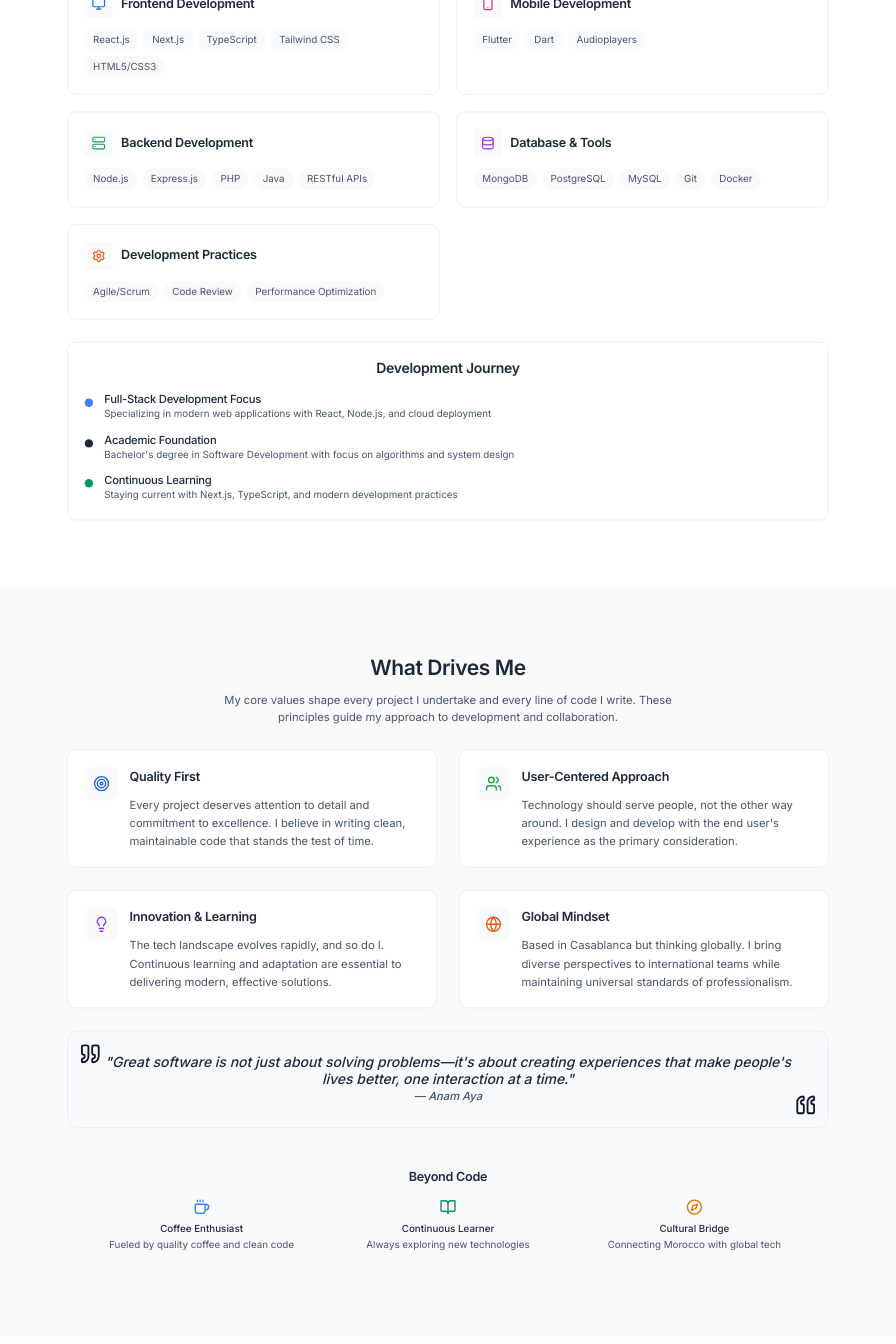
Repository: ayaaas/portflio_aya
Page: /about-me-personal-narrative
An editor plug-in stored every save of this project. The page is shown before and after a run of saves, followed by the edit.
The browser window is 1280 px wide. The pictures show the part of the page from y = 1898 to 3818 px (the page is 4280 px tall before and 4318 px after), at 70% of full size.
The project was rebuilt for these pictures with package versions that can differ from the ones it lists, and the page was loaded fresh each time. Also part of the build but not shown: vite.config.mjs, src/components/ErrorBoundary.jsx, src/pages/hero-section-developer-portfolio/components/ProfileImage.jsx, src/pages/hero-section-developer-portfolio/components/AnimatedText.jsx, src/pages/hero-section-developer-portfolio/components/HeroContent.jsx, src/pages/hero-section-developer-portfolio/components/BackgroundPattern.jsx, src/pages/hero-section-developer-portfolio/components/ScrollIndicator.jsx, src/pages/hero-section-developer-portfolio/index.jsx and 23 more.

Above is the page before, as saved 2025-07-18 23:39:34.

### index.html
<!doctype html>
<html lang="en">

<head>
  <meta charset="utf-8" />
  <title>anam-aya-portfolio</title>
  <meta name="viewport" content="width=device-width, initial-scale=1.0" />
  <meta name="theme-color" content="#000000" />
  <meta name="description" content="Web site created using create-react-app" />
  <link rel="icon" href="/favicon.ico" />
  <link rel="manifest" href="/manifest.json" />
<script type="module" src="https://static.rocket.new/rocket-web.js?_cfg=https%3A%2F%2Fanamayap2173back.builtwithrocket.new&_be=https%3A%2F%2Fapplication.rocket.new&_v=0.1.6"></script>
</head>

<body>
  <noscript>You need to enable JavaScript to run this app.</noscript>
  <div class="dhiwise-code" id="root"></div>
  <script type="module" src="/src/index.jsx"></script>
</body>

</html>

### src/Routes.jsx
import React from "react";
import { BrowserRouter, Routes as RouterRoutes, Route } from "react-router-dom";
import ScrollToTop from "components/ScrollToTop";
import ErrorBoundary from "components/ErrorBoundary";
// Add your imports here
import HeroSectionDeveloperPortfolio from "pages/hero-section-developer-portfolio";
import AboutMePersonalNarrative from "pages/about-me-personal-narrative";
import ToolsProfessionalWorkflowDisplay from "pages/tools-professional-workflow-display";
import ContactCommunicationPortal from "pages/contact-communication-portal";
import TechnologiesInteractiveStackShowcase from "pages/technologies-interactive-stack-showcase";
import ProjectsCuratedCaseStudies from "pages/projects-curated-case-studies";
import NotFound from "pages/NotFound";

const Routes = () => {
  return (
    <BrowserRouter>
      <ErrorBoundary>
      <ScrollToTop />
      <RouterRoutes>
        {/* Define your routes here */}
        <Route path="/" element={<HeroSectionDeveloperPortfolio />} />
        <Route path="/hero-section-developer-portfolio" element={<HeroSectionDeveloperPortfolio />} />
        <Route path="/about-me-personal-narrative" element={<AboutMePersonalNarrative />} />
        <Route path="/tools-professional-workflow-display" element={<ToolsProfessionalWorkflowDisplay />} />
        <Route path="/contact-communication-portal" element={<ContactCommunicationPortal />} />
        <Route path="/technologies-interactive-stack-showcase" element={<TechnologiesInteractiveStackShowcase />} />
        <Route path="/projects-curated-case-studies" element={<ProjectsCuratedCaseStudies />} />
        <Route path="*" element={<NotFound />} />
      </RouterRoutes>
      </ErrorBoundary>
    </BrowserRouter>
  );
};

export default Routes;

### src/pages/about-me-personal-narrative/components/ProfileImage.jsx
import React from 'react';
import Image from '../../../components/AppImage';

const ProfileImage = () => {
  return (
    <div className="relative">
      <div className="relative overflow-hidden rounded-2xl shadow-lg hover-lift">
        <Image
          src="https://images.unsplash.com/photo-1507003211169-0a1dd7228f2d?w=500&h=600&fit=crop&crop=face"
          alt="Anam Aya - Full Stack Developer in his development environment"
          className="w-full h-[500px] object-cover"
        />
        <div className="absolute inset-0 bg-gradient-to-t from-black/20 to-transparent"></div>
      </div>

      {/* Floating Badge */}
      <div className="absolute -bottom-4 -right-4 bg-accent text-accent-foreground px-4 py-2 rounded-full shadow-lg">
        <span className="text-sm font-medium">Available for Projects</span>
      </div>

      {/* Decorative Elements */}
      <div className="absolute -top-4 -left-4 w-8 h-8 bg-primary/10 rounded-full"></div>
      <div className="absolute top-8 -right-2 w-4 h-4 bg-accent/20 rounded-full"></div>
    </div>
  );
};

export default ProfileImage;

### src/pages/about-me-personal-narrative/components/PersonalStory.jsx
import React from 'react';
import Icon from '../../../components/AppIcon';

const PersonalStory = () => {
  const highlights = [
    {
      icon: 'GraduationCap',
      title: 'Educational Foundation',
      description: 'Bachelor\'s degree in Software Development'
    },
    {
      icon: 'MapPin',
      title: 'Global Perspective',
      description: 'Casablanca-based, internationally minded'
    },
    {
      icon: 'Code2',
      title: 'Multi-Stack Expertise',
      description: 'MERN, PERN, Java, PHP proficiency'
    },
    {
      icon: 'TrendingUp',
      title: 'Continuous Learning',
      description: 'Modern frameworks: Next.js, TypeScript'
    }
  ];

  return (
    <div className="space-y-8">
      {/* Introduction */}
      <div className="space-y-6">
        <div className="space-y-4">
          <h2 className="text-3xl lg:text-4xl font-bold text-primary">
            Building Digital Experiences That Matter
          </h2>
          <p className="text-lg text-text-secondary leading-relaxed">
            Hi, I'm Anam Aya, a passionate full-stack developer based in Casablanca, Morocco.
            My journey in software development began with a fascination for how technology can
            solve real-world problems and create meaningful user experiences.
          </p>
        </div>

        <div className="space-y-4">
          <p className="text-text-secondary leading-relaxed">
            With a Bachelor's degree in Software Development as my foundation, I've dedicated
            myself to mastering the art of creating scalable, efficient applications. My approach
            combines technical excellence with user-centered design thinking, ensuring that every
            project I work on delivers both robust functionality and intuitive experiences.
          </p>

          <p className="text-text-secondary leading-relaxed">
            What sets me apart is my unique perspective as a developer bridging emerging markets
            with global technology standards. Based in Casablanca, I bring fresh insights to
            international teams while maintaining the highest standards of code quality and
            professional practices.
          </p>
        </div>
      </div>

      {/* Key Highlights */}
      <div className="grid grid-cols-1 md:grid-cols-2 gap-6">
        {highlights.map((highlight, index) => (
          <div
            key={index}
            className="flex items-start space-x-4 p-4 rounded-lg bg-surface hover:bg-muted transition-all-300 hover-lift"
          >
            <div className="flex-shrink-0 w-12 h-12 bg-accent/10 rounded-lg flex items-center justify-center">
              <Icon name={highlight.icon} size={24} className="text-accent" />
            </div>
            <div className="space-y-1">
              <h3 className="font-semibold text-primary">{highlight.title}</h3>
              <p className="text-sm text-text-secondary">{highlight.description}</p>
            </div>
          </div>
        ))}
      </div>

      {/* Philosophy */}
      <div className="bg-gradient-to-r from-accent/5 to-primary/5 rounded-xl p-6 border border-accent/10">
        <h3 className="text-xl font-semibold text-primary mb-4">My Development Philosophy</h3>
        <div className="space-y-3">
          <p className="text-text-secondary leading-relaxed">
            I believe that great software is born from the intersection of clean code, thoughtful
            architecture, and deep understanding of user needs. Every line of code I write is
            guided by principles of maintainability, scalability, and performance.
          </p>
          <p className="text-text-secondary leading-relaxed">
            My commitment to continuous learning keeps me at the forefront of modern development
            practices. Whether it's adopting Next.js for better performance, implementing TypeScript
            for type safety, or exploring new architectural patterns, I'm always evolving my craft.
          </p>
        </div>
      </div>

      {/* Call to Action */}
      <div className="flex flex-col sm:flex-row gap-4 pt-4">
        <div className="flex items-center space-x-2 text-text-secondary">
          <Icon name="Mail" size={18} className="text-accent" />
          <span className="text-sm">ayaaname0@gmail.com</span>
        </div>
        <div className="flex items-center space-x-2 text-text-secondary">
          <Icon name="MapPin" size={18} className="text-accent" />
          <span className="text-sm">Casablanca, Morocco</span>
        </div>
        <div className="flex items-center space-x-2 text-text-secondary">
          <Icon name="Clock" size={18} className="text-accent" />
          <span className="text-sm">GMT+1 Timezone</span>
        </div>
      </div>
    </div>
  );
};

export default PersonalStory;

### src/pages/about-me-personal-narrative/components/SkillsOverview.jsx
import React from 'react';
import Icon from '../../../components/AppIcon';

const SkillsOverview = () => {
  const skillCategories = [
  {
    category: 'Frontend Development',
    icon: 'Monitor',
    skills: ['React.js', 'Next.js', 'TypeScript', 'Tailwind CSS', 'HTML5/CSS3'],
    color: 'text-blue-600'
  },
  {
    category: 'Mobile Development',
    icon: 'Smartphone',
    skills: ['Flutter', 'Dart', 'Audioplayers'],
    color: 'text-pink-600'
  },
  {
    category: 'Backend Development',
    icon: 'Server',
    skills: ['Node.js', 'Express.js', 'PHP', 'Java', 'RESTful APIs'],
    color: 'text-green-600'
  },
  {
    category: 'Database & Tools',
    icon: 'Database',
    skills: ['MongoDB', 'PostgreSQL', 'MySQL', 'Git', 'Docker'],
    color: 'text-purple-600'
  },
  {
    category: 'Development Practices',
    icon: 'Settings',
    skills: ['Agile/Scrum', 'Code Review', 'Performance Optimization'],
    color: 'text-orange-600'
  }
];


  return (
    <div className="space-y-8">
      <div className="text-center space-y-4">
        <h2 className="text-2xl lg:text-3xl font-bold text-primary">
          Technical Expertise
        </h2>
        <p className="text-text-secondary max-w-2xl mx-auto">
          A comprehensive skill set spanning the full development lifecycle,
          from concept to deployment and maintenance.
        </p>
      </div>

      <div className="grid grid-cols-1 md:grid-cols-2 gap-6">
        {skillCategories.map((category, index) => (
          <div
            key={index}
            className="bg-card rounded-xl p-6 border border-border hover:shadow-lg transition-all-300 hover-lift"
          >
            <div className="flex items-center space-x-3 mb-4">
              <div className="w-10 h-10 bg-surface rounded-lg flex items-center justify-center">
                <Icon name={category.icon} size={20} className={category.color} />
              </div>
              <h3 className="text-lg font-semibold text-primary">{category.category}</h3>
            </div>

            <div className="flex flex-wrap gap-2">
              {category.skills.map((skill, skillIndex) => (
                <span
                  key={skillIndex}
                  className="px-3 py-1 bg-muted text-text-secondary text-sm rounded-full hover:bg-accent/10 hover:text-accent transition-all-300"
                >
                  {skill}
                </span>
              ))}
            </div>
          </div>
        ))}
      </div>

      {/* Experience Timeline */}
      <div className="bg-gradient-to-r from-primary/5 to-accent/5 rounded-xl p-6 border border-primary/10">
        <h3 className="text-xl font-semibold text-primary mb-6 text-center">Development Journey</h3>

        <div className="space-y-4">
          <div className="flex items-start space-x-4">
            <div className="w-3 h-3 bg-accent rounded-full mt-2 flex-shrink-0"></div>
            <div>
              <h4 className="font-medium text-primary">Full-Stack Development Focus</h4>
              <p className="text-sm text-text-secondary">
                Specializing in modern web applications with React, Node.js, and cloud deployment
              </p>
            </div>
          </div>

          <div className="flex items-start space-x-4">
            <div className="w-3 h-3 bg-primary rounded-full mt-2 flex-shrink-0"></div>
            <div>
              <h4 className="font-medium text-primary">Academic Foundation</h4>
              <p className="text-sm text-text-secondary">
                Bachelor's degree in Software Development with focus on algorithms and system design
              </p>
            </div>
          </div>

          <div className="flex items-start space-x-4">
            <div className="w-3 h-3 bg-success rounded-full mt-2 flex-shrink-0"></div>
            <div>
              <h4 className="font-medium text-primary">Continuous Learning</h4>
              <p className="text-sm text-text-secondary">
                Staying current with Next.js, TypeScript, and modern development practices
              </p>
            </div>
          </div>
        </div>
      </div>
    </div>
  );
};

export default SkillsOverview;

### src/components/ui/Button.jsx
import React from 'react';
import { Slot } from "@radix-ui/react-slot";
import { cva } from "class-variance-authority";
import { cn } from "../../utils/cn";
import Icon from '../AppIcon';

const buttonVariants = cva(
    "inline-flex items-center justify-center whitespace-nowrap rounded-md text-sm font-medium ring-offset-background transition-colors focus-visible:outline-none focus-visible:ring-2 focus-visible:ring-ring focus-visible:ring-offset-2 disabled:pointer-events-none disabled:opacity-50",
    {
        variants: {
            variant: {
                default: "bg-primary text-primary-foreground hover:bg-primary/90",
                destructive: "bg-destructive text-destructive-foreground hover:bg-destructive/90",
                outline: "border border-input hover:bg-accent hover:text-accent-foreground",
                secondary: "bg-secondary text-secondary-foreground hover:bg-secondary/80",
                ghost: "hover:bg-accent hover:text-accent-foreground",
                link: "text-primary underline-offset-4 hover:underline",
                success: "bg-success text-success-foreground hover:bg-success/90",
                warning: "bg-warning text-warning-foreground hover:bg-warning/90",
                danger: "bg-error text-error-foreground hover:bg-error/90",
            },
            size: {
                default: "h-10 px-4 py-2",
                sm: "h-9 rounded-md px-3",
                lg: "h-11 rounded-md px-8",
                icon: "h-10 w-10",
                xs: "h-8 rounded-md px-2 text-xs",
                xl: "h-12 rounded-md px-10 text-base",
            },
        },
        defaultVariants: {
            variant: "default",
            size: "default",
        },
    }
);

const Button = React.forwardRef(({
    className,
    variant,
    size,
    asChild = false,
    children,
    loading = false,
    iconName = null,
    iconPosition = 'left',
    iconSize = null,
    fullWidth = false,
    disabled = false,
    ...props
}, ref) => {
    const Comp = asChild ? Slot : "button";

    // Icon size mapping based on button size
    const iconSizeMap = {
        xs: 12,
        sm: 14,
        default: 16,
        lg: 18,
        xl: 20,
        icon: 16,
    };

    const calculatedIconSize = iconSize || iconSizeMap[size] || 16;

    // Loading spinner
    const LoadingSpinner = () => (
        <svg className="animate-spin -ml-1 mr-2 h-4 w-4" fill="none" viewBox="0 0 24 24">
            <circle className="opacity-25" cx="12" cy="12" r="10" stroke="currentColor" strokeWidth="4" />
            <path className="opacity-75" fill="currentColor" d="M4 12a8 8 0 018-8V0C5.373 0 0 5.373 0 12h4zm2 5.291A7.962 7.962 0 014 12H0c0 3.042 1.135 5.824 3 7.938l3-2.647z" />
        </svg>
    );

    // Icon rendering
    const renderIcon = () => {
        if (!iconName) return null;

        return (
            <Icon
                name={iconName}
                size={calculatedIconSize}
                className={cn(
                    children && iconPosition === 'left' && "mr-2",
                    children && iconPosition === 'right' && "ml-2"
                )}
            />
        );
    };

    return (
        <Comp
            className={cn(
                buttonVariants({ variant, size, className }),
                fullWidth && "w-full"
            )}
            ref={ref}
            disabled={disabled || loading}
            {...props}
        >
            {loading && <LoadingSpinner />}
            {iconName && iconPosition === 'left' && renderIcon()}
            {children}
            {iconName && iconPosition === 'right' && renderIcon()}
        </Comp>
    );
});

Button.displayName = "Button";

export default Button;

Loaded but not shown: src/index.jsx (common file); src/App.jsx (common file); src/styles/tailwind.css (library); src/styles/index.css (common file); src/components/ScrollToTop.jsx (common file); src/components/AppIcon.jsx (common file); src/components/AppImage.jsx (common file); src/utils/cn.js (common file); tailwind.config.js (148 lines, source omitted); src/pages/about-me-personal-narrative/index.jsx (181 lines, source omitted); src/components/ui/Header.jsx (183 lines, source omitted); src/pages/about-me-personal-narrative/components/PersonalValues.jsx (120 lines, source omitted)

After the next 3 saves:
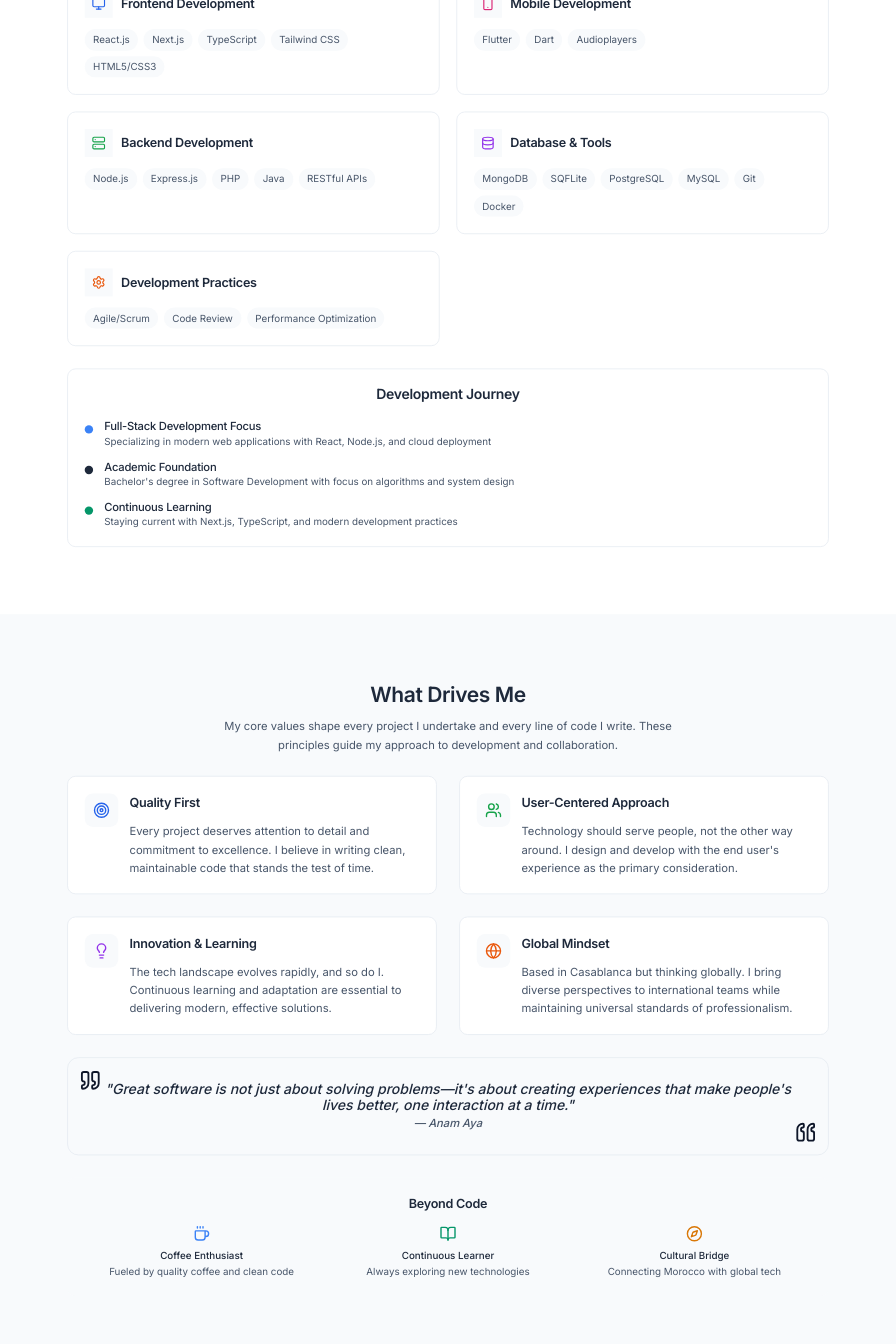
The 3 saves are shown as one change because they came seconds apart.
The last was saved 10 s later.
--- a/src/pages/about-me-personal-narrative/components/SkillsOverview.jsx
+++ b/src/pages/about-me-personal-narrative/components/SkillsOverview.jsx
@@ -24,7 +24,7 @@
   {
     category: 'Database & Tools',
     icon: 'Database',
-    skills: ['MongoDB', 'PostgreSQL', 'MySQL', 'Git', 'Docker'],
+    skills: ['MongoDB', 'SQFLite', 'PostgreSQL', 'MySQL', 'Git', 'Docker'],
     color: 'text-purple-600'
   },
   {

After the save that followed:
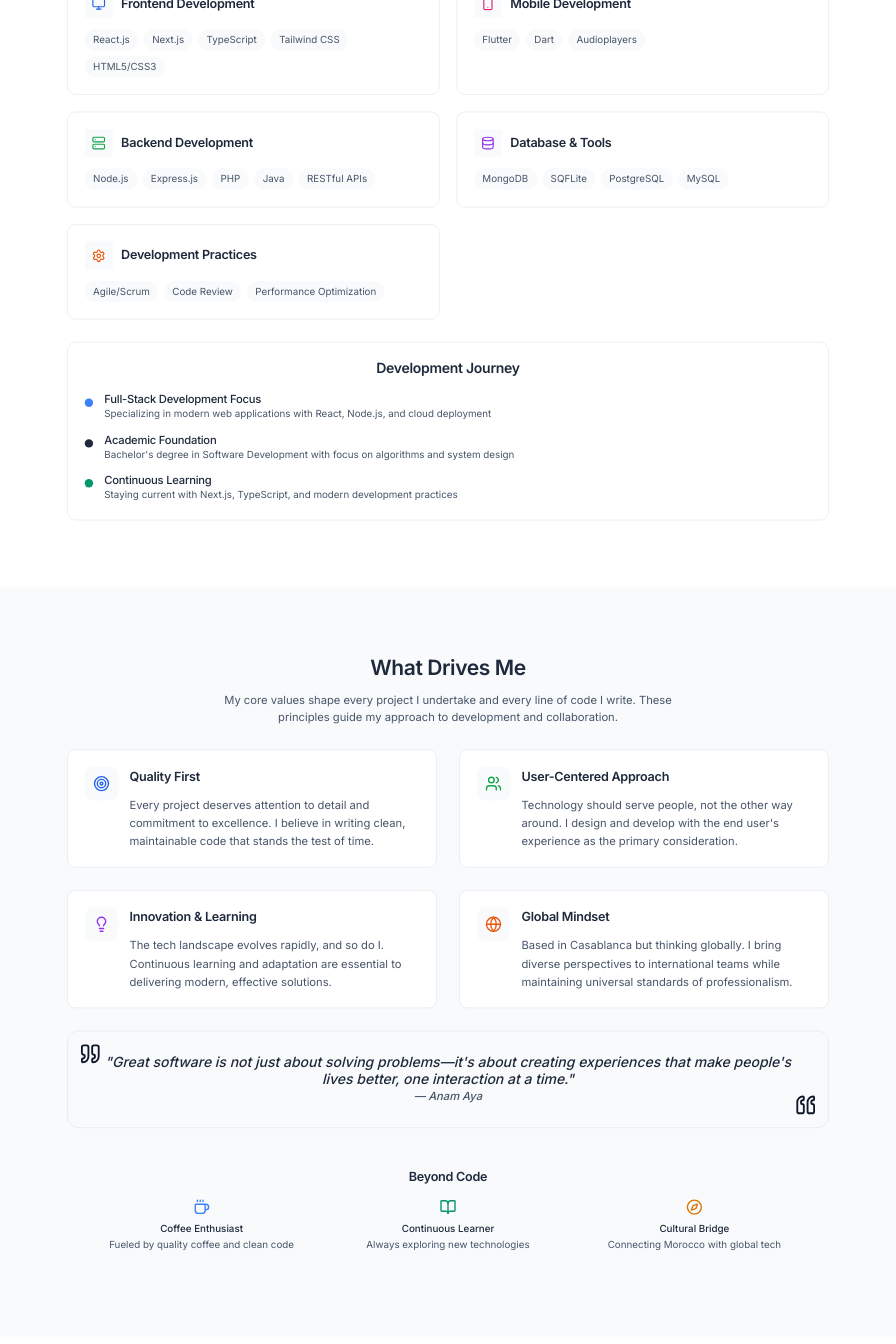
Saved 8 s later.
--- a/src/pages/about-me-personal-narrative/components/SkillsOverview.jsx
+++ b/src/pages/about-me-personal-narrative/components/SkillsOverview.jsx
@@ -24,7 +24,7 @@
   {
     category: 'Database & Tools',
     icon: 'Database',
-    skills: ['MongoDB', 'SQFLite', 'PostgreSQL', 'MySQL', 'Git', 'Docker'],
+    skills: ['MongoDB', 'SQFLite', 'PostgreSQL', 'MySQL'],
     color: 'text-purple-600'
   },
   {
